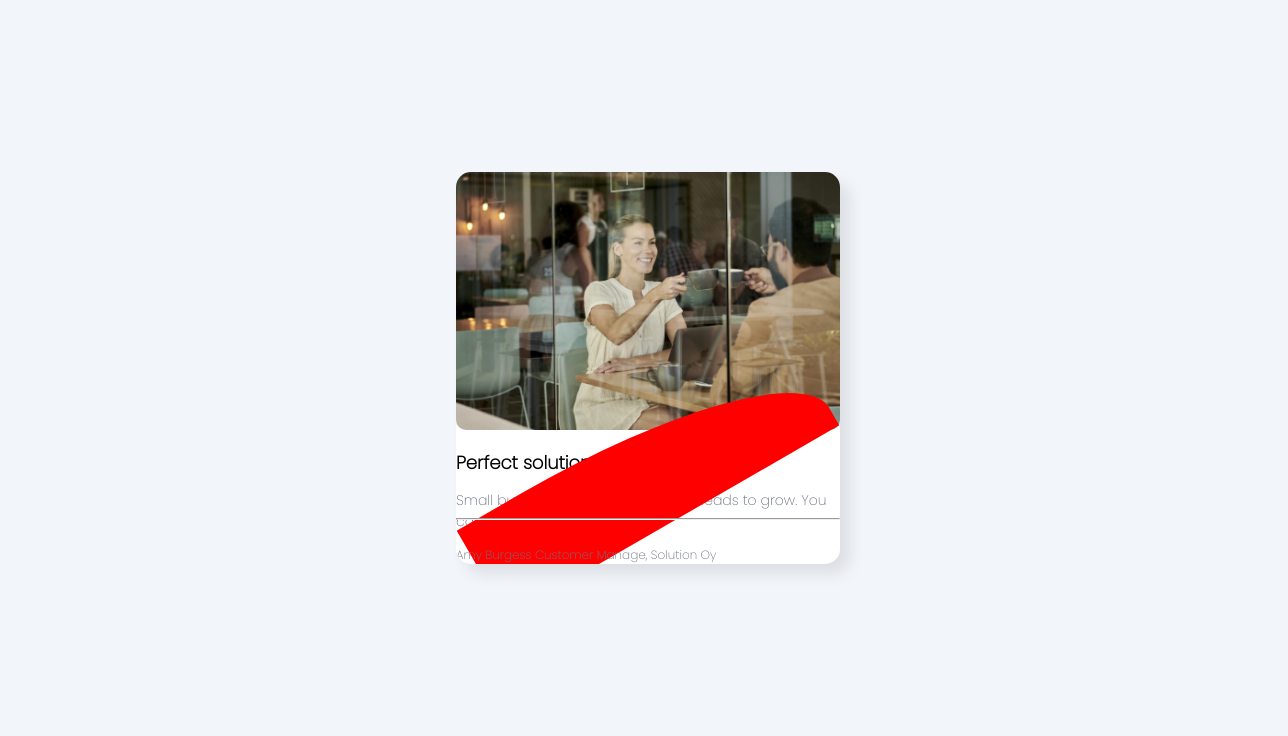
Repository: massndongo/business-blog-card
Page: index.html
An editor plug-in stored every save of this project. The page is shown before and after the next save, followed by the edit.
The browser window is 1280 px wide. The page is 1288 px wide, so the pictures cover 1288 px, including what lies to the right of the window. The pictures show the whole page.

Above is the page before, as saved 2023-11-08 04:08:28.

After the next save:
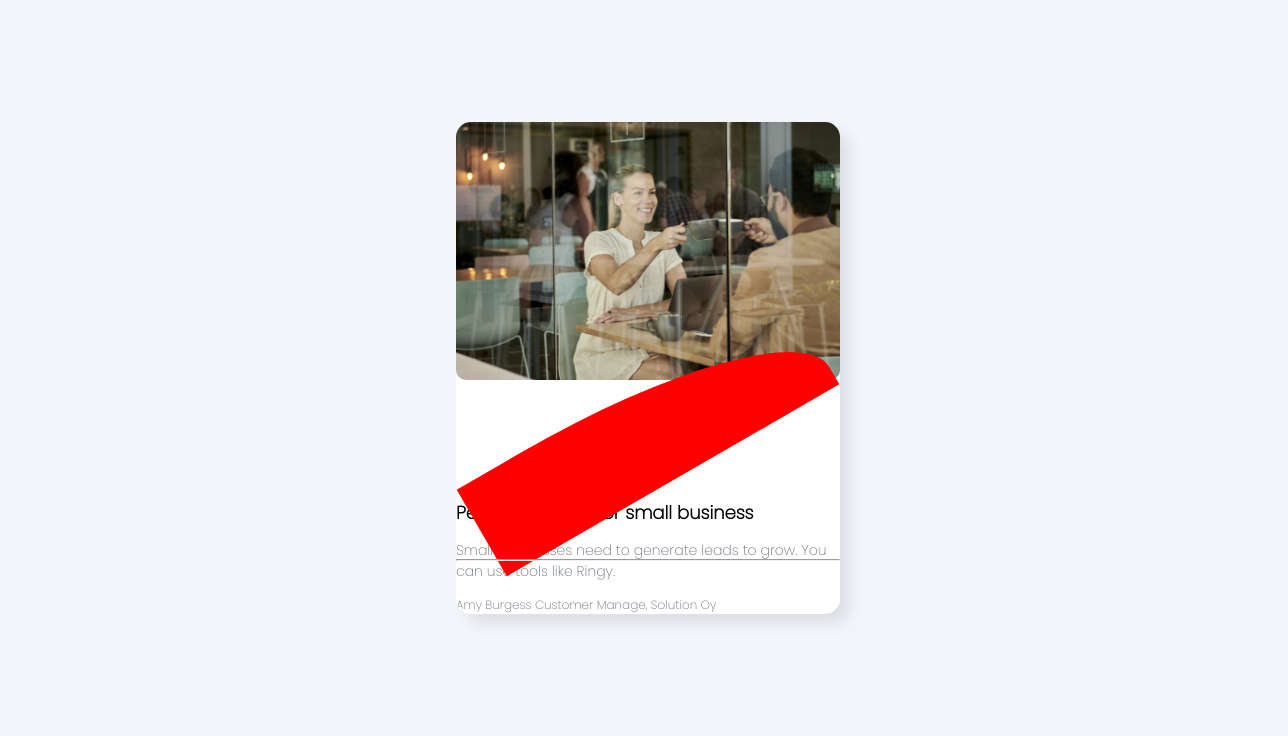
Saved 8 s later.
--- a/css/styles.css
+++ b/css/styles.css
@@ -35,10 +35,6 @@ body {
     background-color: red;
     border-radius: 0 80% 0 0;
     transform: rotate(-30deg);
-    position: absolute;
-    bottom: 9%;
-    left: 0;
-    right: 0;
 }
 .waveRight{
     height: 100px;
